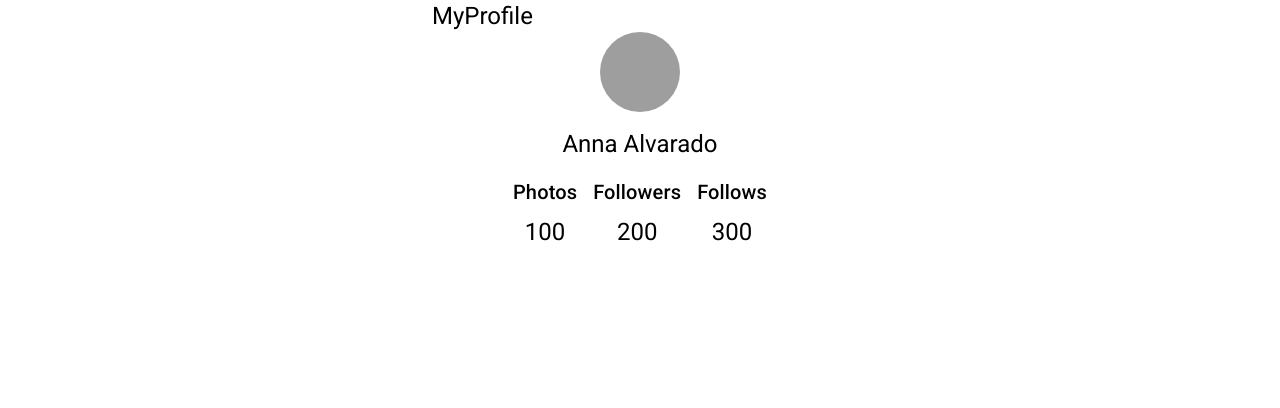
Repository: GokulDev4U/Immence_task
Page: /myProfile
The author's editor kept a copy of each file at every save. The page is drawn from the files as they stood at one save, then again after the next save.
The browser window is 1280 px wide. The pictures show the whole page.
Pictures or frames that could not be fetched are drawn as grey boxes. The project was rebuilt for these pictures with package versions that can differ from the ones it lists, and the page was loaded fresh each time. Also part of the build but not shown: src/App.css, src/components/SinglePost/SinglePost.jsx, src/data/posts.js, src/components/Home/Home.jsx, src/data/userdata.js, src/components/ConversationList/ConversationList.jsx, src/components/Conversation/Conversation.jsx.

Above is the page before, as saved 2022-05-07 17:43:27.

### public/index.html
<!DOCTYPE html>
<html lang="en">
  <head>
    <meta charset="utf-8" />
    <link rel="icon" href="%PUBLIC_URL%/favicon.ico" />
    <meta name="viewport" content="width=device-width, initial-scale=1" />
    <meta name="theme-color" content="#000000" />
    <meta
      name="description"
      content="Web site created using create-react-app"
    />
    <link rel="apple-touch-icon" href="%PUBLIC_URL%/logo192.png" />
    <link
  rel="stylesheet"
  href="https://fonts.googleapis.com/css?family=Roboto:300,400,500,700&display=swap"
/>
<link
  rel="stylesheet"
  href="https://fonts.googleapis.com/icon?family=Material+Icons"
/>
    <!--
      manifest.json provides metadata used when your web app is installed on a
      user's mobile device or desktop. See https://developers.google.com/web/fundamentals/web-app-manifest/
    -->
    <link rel="manifest" href="%PUBLIC_URL%/manifest.json" />
    <!--
      Notice the use of %PUBLIC_URL% in the tags above.
      It will be replaced with the URL of the `public` folder during the build.
      Only files inside the `public` folder can be referenced from the HTML.

      Unlike "/favicon.ico" or "favicon.ico", "%PUBLIC_URL%/favicon.ico" will
      work correctly both with client-side routing and a non-root public URL.
      Learn how to configure a non-root public URL by running `npm run build`.
    -->
    <title>React App</title>
  </head>
  <body>
    <noscript>You need to enable JavaScript to run this app.</noscript>
    <div id="root"></div>
    <!--
      This HTML file is a template.
      If you open it directly in the browser, you will see an empty page.

      You can add webfonts, meta tags, or analytics to this file.
      The build step will place the bundled scripts into the <body> tag.

      To begin the development, run `npm start` or `yarn start`.
      To create a production bundle, use `npm run build` or `yarn build`.
    -->
  </body>
</html>

### src/App.js
import "./App.css";
import { BrowserRouter, Routes, Route } from "react-router-dom";
import Home from "./components/Home/Home";
import Conversation from "./components/Conversation/Conversation";
import MyProfile from "./components/MyProfile/MyProfile";

function App() {
  return (
    <div className="App">
      <BrowserRouter>
        <Routes>
          <Route path="/" element={<Home />} />
          <Route path="/conversation" element={<Conversation />} />
          <Route path="/myProfile" element={<MyProfile />} />
        </Routes>
      </BrowserRouter>
    </div>
  );
}

export default App;

### src/components/MyProfile/MyProfile.jsx
import React from 'react';
import Grid from '@mui/material/Grid';
import Box from '@mui/material/Box';
import Avatar from '@mui/material/Avatar';
import Typography from '@mui/material/Typography';
import Stack from '@mui/material/Stack';
import Card from '../Card/Card';


const MyProfile = () => {
    return (
        <Box sx={{ flexGrow: 1 }}>
            <Grid container spacing={2}>
                <Grid item xs={4}></Grid>
                <Grid item xs={4}>
                    <Typography variant="h5">MyProfile</Typography>
                    <Stack direction="column" spacing={2} sx={{ alignItems: 'center' }}>
                        <Avatar alt="Remy Sharp" sx={{ width: 80, height: 80 }} src="https://static.remove.bg/remove-bg-web/a8b5118d623a6b3f4b7813a78c686de384352145/assets/start_remove-c851bdf8d3127a24e2d137a55b1b427378cd17385b01aec6e59d5d4b5f39d2ec.png" />
                        <Typography variant="h5">Anna Alvarado</Typography>
                        <Typography variant="h6" sx={{ maxWidth: 200 }}></Typography>
                    </Stack>
                    <Stack direction="row" spacing={2} sx={{ justifyContent: 'center' }}>
                        <Card text="Photos" number="100" />
                        <Card text="Followers" number="200" />
                        <Card text="Follows" number="300" />
                    </Stack>
                </Grid>
                <Grid item xs={4}></Grid>
            </Grid>
        </Box>
    );
};

export default MyProfile;

### src/components/Card/Card.jsx
import React from 'react';
import Typography from '@mui/material/Typography';
import Stack from '@mui/material/Stack';

const Card = ({ text, number }) => {
    return (
        <Stack direction="column" spacing={1} sx={{ alignItems: 'center' }}>
            <Typography variant="h6">{text}</Typography>
            <Typography variant="h5">{number}</Typography>
        </Stack>
    );
};

export default Card;

Loaded but not shown: src/index.js (common file); src/index.css (common file); src/reportWebVitals.js (common file)

After the next save:
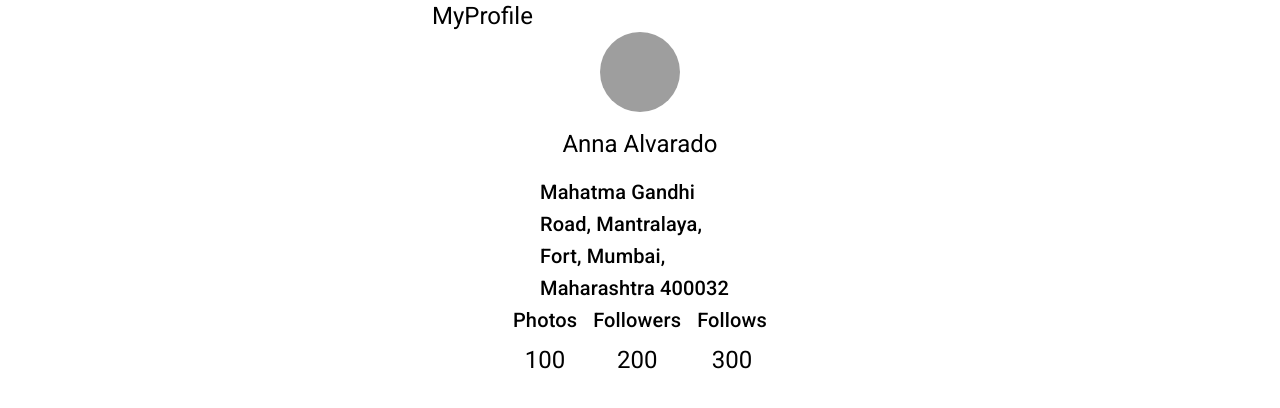
Saved 57 s later.
--- a/src/components/MyProfile/MyProfile.jsx
+++ b/src/components/MyProfile/MyProfile.jsx
@@ -17,7 +17,7 @@ const MyProfile = () => {
                     <Stack direction="column" spacing={2} sx={{ alignItems: 'center' }}>
                         <Avatar alt="Remy Sharp" sx={{ width: 80, height: 80 }} src="https://static.remove.bg/remove-bg-web/a8b5118d623a6b3f4b7813a78c686de384352145/assets/start_remove-c851bdf8d3127a24e2d137a55b1b427378cd17385b01aec6e59d5d4b5f39d2ec.png" />
                         <Typography variant="h5">Anna Alvarado</Typography>
-                        <Typography variant="h6" sx={{ maxWidth: 200 }}></Typography>
+                        <Typography variant="h6" sx={{ maxWidth: 200 }}>Mahatma Gandhi Road, Mantralaya, Fort, Mumbai, Maharashtra 400032</Typography>
                     </Stack>
                     <Stack direction="row" spacing={2} sx={{ justifyContent: 'center' }}>
                         <Card text="Photos" number="100" />
